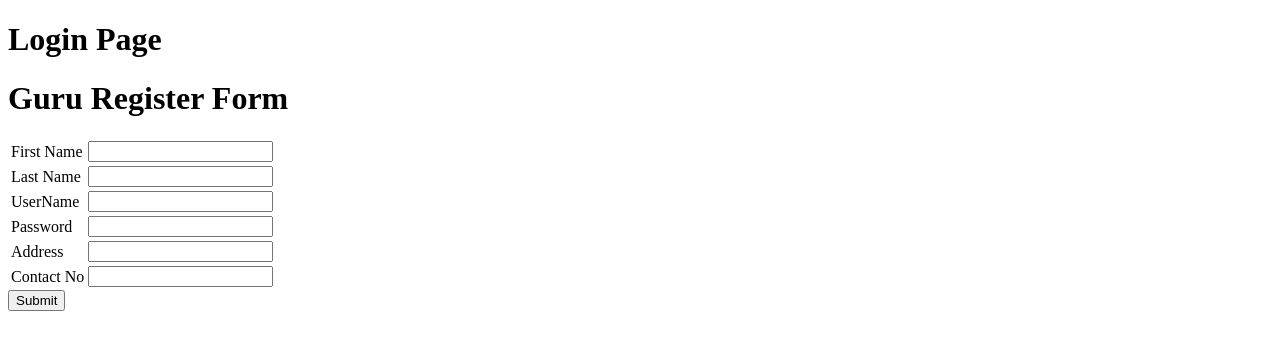
Repository: Madhurisdet/ProjectsTestAutomation
Page: http://localhost/Shopping_cart/order.jsp
An editor plug-in stored every save of this project. The page is shown before and after the next save, followed by the edit.
The browser window is 1280 px wide. The pictures show the whole page.
The page is served by Tomcat 10.

Above is the page before, as saved 2022-11-16 00:49:09.

After the next save:
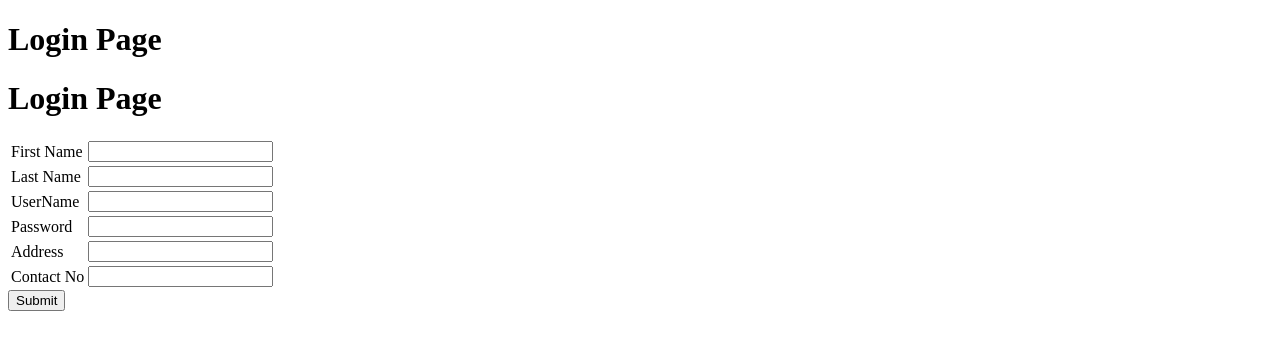
Saved 102 s later.
--- a/Shopping_cart/src/main/webapp/order.jsp
+++ b/Shopping_cart/src/main/webapp/order.jsp
@@ -5,12 +5,11 @@
 <head>
 <meta charset="UTF-8">
 
-<title>Welcome to Shopping</title>
-
 </head>
 <h1>Login Page</h1>
+<title>Welcome to Shopping</title>
 <body>
-<h1>Guru Register Form</h1>
+<h1>Login Page</h1>
 <form action="" method="post">
 			<table style="with: 50%">
 				<tr>
